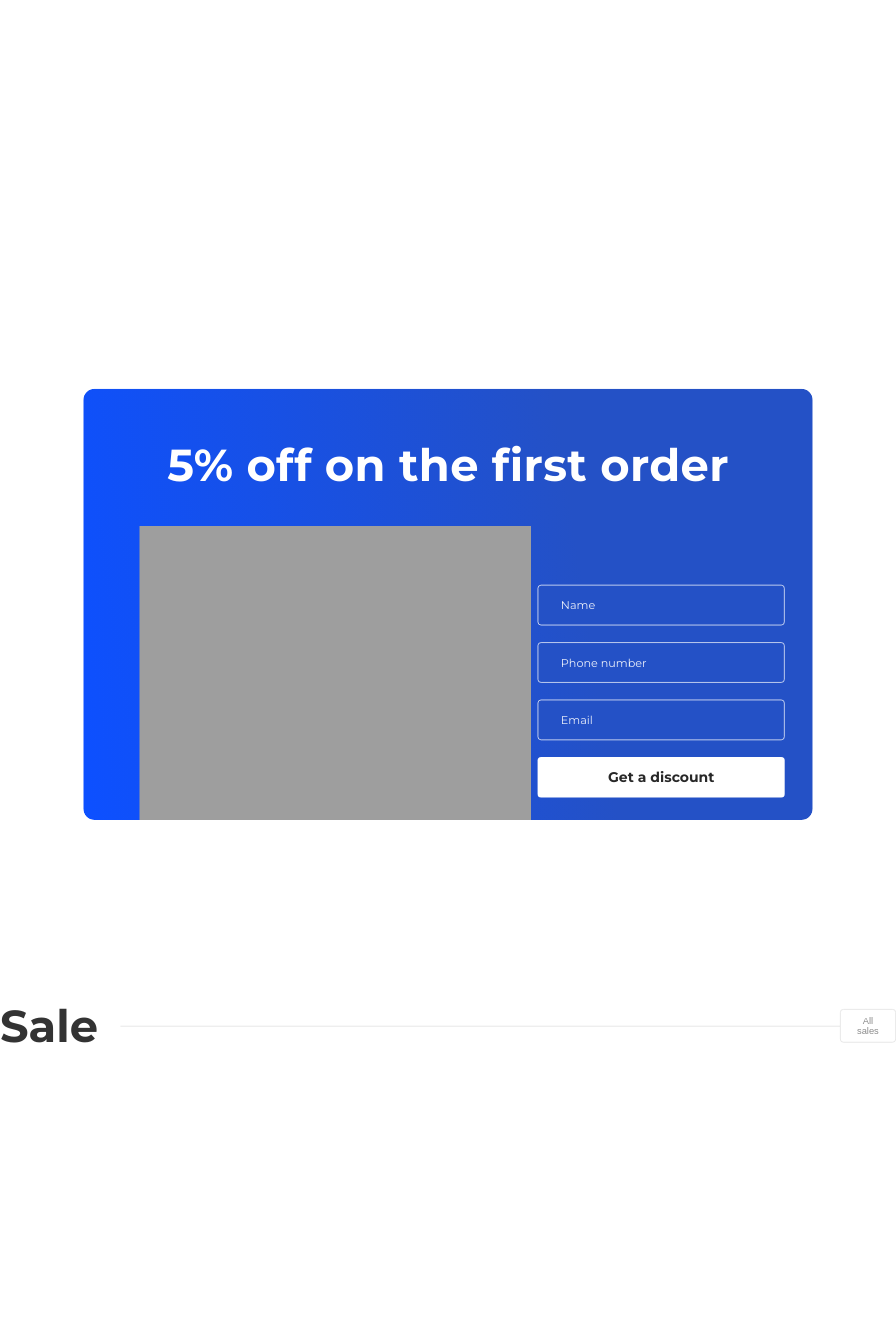
Repository: jursylian/PET-INTERNET-SHOP-PROJECT
Page: /
The author's editor kept a copy of each file at every save. The page is drawn from the files as they stood at one save, then again after the next save.
The browser window is 1280 px wide. The pictures show the part of the page from y = 979 to 2899 px (the page is 3940 px tall), at 70% of full size.
Pictures or frames that could not be fetched are drawn as grey boxes. The page's requests for data from a server got no answer. The project was rebuilt for these pictures with package versions that can differ from the ones it lists, and the page was loaded fresh each time. No one was signed in, and anything a server would have sent is missing. Also part of the build but not shown: vite.config.js, src/pages/CategoriesAll/CategoriesAll.module.css, src/layouts/PageSection/PageSection.module.css, src/layouts/PageSection/PageSection.jsx, src/pages/CategoriesAll/CategoriesAll.jsx, src/redux/productsSelectors.js, src/components/ProductFilter/ProductFilter.module.css, src/components/ProductFilter/ProductFilter.jsx and 22 more.

Above is the page before, as saved 2025-11-06 18:28:17.

### index.html
<!DOCTYPE html>
<html lang="en">
  <head>
    <meta charset="UTF-8" />
    <link rel="icon" type="image/svg+xml" href="/vite.svg" />
    <link
      href="https://fonts.googleapis.com/css2?family=Montserrat:wght@400;500;700&display=swap"
      rel="stylesheet"
    />

    <meta name="viewport" content="width=device-width, initial-scale=1.0" />
    <title>pet-internet-shop-project</title>
  </head>
  <body>
    <div id="root"></div>
    <script type="module" src="/src/main.jsx"></script>
  </body>
</html>

### src/main.jsx
import React from "react";
import ReactDOM from "react-dom/client";
import App from "./App";
import { Provider } from "react-redux";
import store from "./redux/store";
import { BrowserRouter } from "react-router-dom";
import "./index.css";

ReactDOM.createRoot(document.getElementById("root")).render(
  <BrowserRouter>
    <Provider store={store}>
      <App />
    </Provider>
  </BrowserRouter>
);

### src/App.jsx
import "./App.css";
import AppRouter from "./router/AppRouter";

function App() {
  return (
    <>
      <AppRouter />
    </>
  );
}

export default App;

### src/index.css
* {
  margin: 0;
  padding: 0;
  box-sizing: border-box;
}

body {
  font-family: "Montserrat";
  font-size: 16px;
  line-height: 1.5;
  color: #333;
}

.text-decoration-none {
  text-decoration: none;
}

### src/router/AppRouter.jsx
import { Routes, Route } from "react-router-dom";
import MainLayout from "../layouts/MainLayout/MainLayout";

import Home from "../pages/Home/Home";
import CategoriesAll from "../pages/CategoriesAll/CategoriesAll";
import AllProducts from "../pages/AllProducts/AllProducts";
import ProductDescription from "../pages/ProductDescription/ProductDescription";
import Cart from "../pages/Cart/Cart";
import NotFound from "../pages/NotFound/NotFound";
import AllSales from "../pages/AllSales/AllSales";
import CategoryPage from "../pages/CategoryPage/CategoryPage";

function AppRouter() {
  return (
    <Routes>
      <Route element={<MainLayout />}>
        <Route path="/" element={<Home />} />
        <Route path="/categories" element={<CategoriesAll />} />
        <Route path="/categories/:categoryId" element={<CategoryPage />} />
        <Route path="/discounts" element={<AllSales />} />
        <Route path="/products" element={<AllProducts />} />
        <Route path="/product/:productId" element={<ProductDescription />} />
        <Route path="/cart" element={<Cart />} />
        <Route path="*" element={<NotFound />} />
      </Route>
    </Routes>
  );
}

export default AppRouter;

### src/layouts/MainLayout/MainLayout.jsx
import { Outlet } from "react-router-dom";
import Header from "../Header/Header";
import Footer from "../Footer/Footer";

export default function MainLayout() {
  return (
    <>
      <Header />
      <main className="container mx-auto p-4 min-h-[80vh]">
        <Outlet />
      </main>
      <Footer />
    </>
  );
}

### src/pages/Home/Home.jsx
import Categories from "../../components/Categories/Categories";
import PromoBanner from "../../components/PromoBanner/PromoBanner";
import DiscountForm from "../../components/DiscountForm/DiscountForm";
import Sales from "../../components/Sales/Sales";
import styles from "./Home.module.css";

function Home() {
  return (
    <main className={styles.wrapper}>
      <PromoBanner />
      <Categories />
      <DiscountForm />
      <Sales />
    </main>
  );
}

export default Home;

### src/layouts/Header/Header.jsx
import { Link, NavLink, useLocation } from "react-router-dom";
import { useSelector } from "react-redux";
import styles from "./Header.module.css";
import logo from "../../assets/logo.svg";
import cartIcon from "../../assets/cart-icon.svg";

function Header() {
  const items = useSelector((state) => state.cart.items);
  const totalQuantity = items.reduce((sum, item) => sum + item.quantity, 0);
  const location = useLocation();

  const currentPath = location.pathname;

  return (
    <header
      className={`${styles.header} ${
        currentPath !== "/" ? styles.withDivider : ""
      }`}
    >
      <div className={styles.left}>
        <Link to="/" className={styles.logo}>
          <img src={logo} alt="Логотип" />
        </Link>
      </div>

      <nav className={styles.nav}>
        {currentPath === "/" ? (
          <span className={styles.inactive}>Main Page</span>
        ) : (
          <NavLink to="/" end>
            Main Page
          </NavLink>
        )}

        {currentPath === "/categories" ? (
          <span className={styles.inactive}>Categories</span>
        ) : (
          <NavLink to="/categories">Categories</NavLink>
        )}

        {currentPath === "/products" ? (
          <span className={styles.inactive}>All Products</span>
        ) : (
          <NavLink to="/products">All Products</NavLink>
        )}

        {currentPath === "/discounts" ? (
          <span className={styles.inactive}>All Sales</span>
        ) : (
          <NavLink to="/discounts">All Sales</NavLink>
        )}
      </nav>

      <div className={styles.right}>
        <Link to="/cart" className={styles.cart}>
          <img src={cartIcon} alt="Корзина" />
          {totalQuantity > 0 && (
            <span className={styles.count}>{totalQuantity}</span>
          )}
        </Link>
      </div>
    </header>
  );
}

export default Header;

### src/layouts/Footer/Footer.jsx
import styles from "./Footer.module.css";
import chatIcon from "../../assets/ic-instagram.svg";
import phoneIcon from "../../assets/ic-whatsapp.svg";

export default function Footer() {
  return (
    <footer className={styles.footer}>
      <h3 className={styles.contact}>Contact</h3>
      <div className={styles.info}>
        <div className={styles.container}>
          <div className={styles.card}>
            <p className={styles.text}>Phone</p>
            <p className={styles.textInfo}>+49 30 915-88492</p>
          </div>
          <div className={styles.icons}>
            <p className={styles.text}>Socials</p>
            <div className={styles.socialsMedien}>
              <img src={chatIcon} alt="Chat" />
              <img src={phoneIcon} alt="Phone" />
            </div>
          </div>
        </div>

        <div className={styles.container}>
          <div className={styles.card}>
            <p className={styles.text}>Address</p>
            <p className={styles.textInfo}>
              Wallstraẞe 9-13, 10179 Berlin, Deutschland
            </p>
          </div>
          <div className={styles.icons}>
            <p className={styles.text}>Working Hours</p>
            <p className={styles.textInfo}>24 hours a day</p>
          </div>
        </div>
      </div>
      <div className={styles.map}>
        <iframe
          className={styles.iframe}
          src="https://www.google.com/maps/embed?pb=!1m18!1m12!1m3!1d3642.428115488763!2d13.40018838277564!3d52.5113162995337!2m3!1f0!2f0!3f0!3m2!1i1024!2i768!4f13.1!3m3!1m2!1s0x47a84e27db4748a5%3A0x1d538c01013c2c7!2sWallstra%C3%9Fe%209-13%2C%2010179%20Berlin!5e0!3m2!1suk!2sde!4v1760550313224!5m2!1suk!2sde"
          width="600"
          height="450"
          style={{ border: 0 }}
          allowFullScreen=""
          loading="lazy"
          referrerPolicy="no-referrer-when-downgrade"
        ></iframe>
      </div>
    </footer>
  );
}

### src/components/Categories/Categories.jsx
import { useNavigate } from "react-router-dom";
import { useEffect, useState } from "react";
import axios from "axios";
import styles from "./Categories.module.css";

const Categories = () => {
  const navigate = useNavigate();
  const [categories, setCategories] = useState([]);

  useEffect(() => {
    const fetchCategories = async () => {
      try {
        const res = await axios.get("http://localhost:3333/categories/all");
        setCategories(res.data.slice(0, 4));
      } catch (err) {
        console.error("Ошибка загрузки категорий:", err);
      }
    };

    fetchCategories();
  }, []);

  return (
    <section className={styles.categories}>
      <div className={styles.header}>
        <h2 className={styles.title}>Categories</h2>
        <div className={styles.line}></div>
        <button
          onClick={() => navigate("/categories")}
          className={styles.showAllBtn}
        >
          All categories
        </button>
      </div>

      <div className={styles.cards}>
        {categories.map(({ id, title, image }) => (
          <div
            key={id}
            className={styles.card}
            onClick={() => navigate(`/categories/${id}`)}
          >
            <img
              src={`http://localhost:3333${image}`}
              alt={title}
              className={styles.image}
            />
            <p className={styles.label}>{title}</p>
          </div>
        ))}
      </div>
    </section>
  );
};

export default Categories;

### src/components/PromoBanner/PromoBanner.jsx
import { Link } from "react-router-dom";
import styles from "./PromoBanner.module.css";
import bannerImage from "../../assets/background.png";

function PromoBanner() {
  return (
    <section className={styles.hero}>
      <img src={bannerImage} alt="Баннер" className={styles.image} />

      <div className={styles.content}>
        <h1>
          Amazing Discounts <br />
          on Pets Products!
        </h1>

        <Link to="/discounts" className={styles.button}>
          Check out
        </Link>
      </div>
    </section>
  );
}

export default PromoBanner;

### src/pages/Home/Home.module.css
/* Home.module.css */
.wrapper {
  display: flex;
  flex-direction: column;
  gap: 80px;
  padding: 40px 0;
}

.section {
  display: flex;
  flex-direction: column;
  gap: 24px;
}

.title {
  font-size: 28px;
  font-weight: 600;
}

.grid {
  display: grid;
  grid-template-columns: repeat(auto-fill, minmax(220px, 1fr));
  gap: 24px;
}

.message {
  font-size: 16px;
  color: #555;
}

### src/layouts/Header/Header.module.css
.header {
  display: flex;
  align-items: center;
  justify-content: space-between;
  padding: 40px 80px;
  height: 128px;
  width: 100%;
  position: relative;
  background-color: #fff;
  z-index: 10;
}

.withDivider {
  border-bottom: 1px solid #e5e5e5;
}

.left,
.right {
  flex: 1;
  display: flex;
  align-items: center;
}

.left {
  justify-content: flex-start;
}

.right {
  justify-content: flex-end;
}

.logo img {
  height: 70px;
  display: block;
  transition: transform 0.3s ease;
}

.logo img:hover {
  transform: scale(1.2);
}

.nav {
  flex: 2;
  display: flex;
  justify-content: center;
  align-items: center;
  gap: 44px;
}

.nav a {
  text-decoration: none;
  color: #282828;
  font-weight: 500;
  font-size: 20px;
  transition: color 0.2s ease;
}

.nav a:hover {
  color: #007bff;
}

.active {
  color: #007bff;
  font-weight: 600;
}

.inactive {
  color: #8b8b8b;
  font-weight: 500;
  font-size: 20px;
  cursor: default;
  text-decoration: none;
  pointer-events: none;
}

.inactive:hover {
  color: #8b8b8b;
}

.cart {
  position: relative;
  display: flex;
  align-items: center;
}

.cart img {
  height: 44px;
}

.count {
  position: absolute;
  top: 0;
  left: -6px;
  background-color: #007bff;
  color: white;
  border-radius: 50%;
  font-size: 12px;
  font-weight: bold;
  width: 22px;
  height: 22px;
  display: flex;
  align-items: center;
  justify-content: center;
}

### src/layouts/Footer/Footer.module.css
.footer {
  width: 100%;
  max-width: 1360px;
  margin: 0 auto;
  padding-bottom: 10px;
}

.contact {
  font-size: 64px;
  margin-bottom: 40px;
}
.card {
  height: auto;
  background-color: #f1f3f4;
  display: flex;
}

.card p,
.icons p {
  margin: 0.5rem 0;
}
.icons {
  width: 100%;
  max-width: 100%;

  height: auto;
  background-color: #f1f3f4;
}
.card,
.icons {
  background-color: #f1f3f4;
  padding: 1rem;
  border-radius: 8px;
  box-shadow: 0 2px 6px rgba(0, 0, 0, 0.05);
  display: flex;
  flex-direction: column;
  justify-content: center;
  gap: 0.5rem;
  transition: transform 0.3s ease, box-shadow 0.3s ease;

  flex: 1;
  min-height: 150px;
  height: 100%;
}
.card:hover,
.icons:hover {
  transform: translateY(-8px) scale(1.02);
  box-shadow: 0 8px 20px rgba(0, 0, 0, 0.1);
}

.container {
  display: grid;
  grid-template-columns: 2fr 1fr;
  gap: 32px;
  margin-bottom: 32px;
}
.icons img {
  width: 32px;
  height: 32px;
  object-fit: contain;
  transition: transform 0.3s ease;
  margin-right: 8px;
}
.text {
  font-family: Montserrat;
  font-weight: 500;
  font-style: Medium;
  font-size: 20px;
  color: #8b8b8b;
}
.textInfo {
  font-family: Montserrat;
  font-weight: 600;
  font-style: SemiBold;
  font-size: 40px;

  letter-spacing: 0%;
}
.socialsMedien {
  display: flex;
  flex-direction: row;
  gap: 16px;
}
.iframe {
  width: 100%;
  max-width: 100%;
  height: 350px;
  border-radius: 8px;
  display: block;
}
@media (max-width: 1024px) {
  .container {
    display: flex;
    flex-direction: column;
    gap: 32px;
  }
  .contact {
    font-size: 44px;
    text-align: center;
  }
  .card,
  .icons {
    width: 100%;
    min-height: 300px;
    height: auto;
  }

  .footer {
    margin-left: 1rem;
    margin-right: 1rem;
  }
  .iframe {
    height: 300px;
  }
}

@media (max-width: 600px) {
  .container {
    display: flex;
    flex-direction: column;
    gap: 32px;
  }
  .contact {
    font-size: 34px;
    margin-bottom: 10px;
    text-align: center;
  }

  .textInfo {
    font-size: 24px;
    text-align: calc();
  }

  .text {
    font-size: 16px;
    text-align: center;
  }
  .socialsMadien {
    justify-content: center;
    flex-wrap: wrap;
  }
  .icons img {
    width: 28px;
    height: 28px;
  }
  .iframe {
    height: 250px;
  }
  .card,
  .icons {
    flex-direction: column;
    align-items: center;
    width: 100%;
  }
}

### src/components/Categories/Categories.module.css
.categories {
  height: auto;
  min-height: 560px;
  border-radius: 10px;
  width: 100%;
  max-width: 1360px;
  margin: 0 auto;
  padding-bottom: 10px;
  margin-top: 106px;
}

.header {
  display: flex;
  align-items: center;
  margin-bottom: 40px;
  gap: 0; /* чтобы элементы были вплотную */
}

.title {
  font-family: Montserrat;
  font-weight: 700;
  font-size: 64px;
  margin-right: 32px;
  white-space: nowrap;
}

.line {
  flex: 1;
  height: 1px;
  background-color: #dddddd;
  margin-right: -1px; /* чтобы линия прямо “врезалась” в кнопку */
}

.showAllBtn {
  border: 1px solid #dddddd;
  border-radius: 5px;
  background-color: white;
  padding: 8px 16px;
  color: #8b8b8b;
  cursor: pointer;
  transition: all 0.3s ease;
  margin-left: 0; /* убираем отступ между линией и кнопкой */
}

.showAllBtn:hover {
  background-color: #7e7b7b;
  color: white;
  transform: translateY(-2px);
  box-shadow: 0 4px 8px rgba(0, 0, 0, 0.1);
}

.showAllBtn:active {
  background-color: #0d50ff;
  transform: scale(0.98);
  box-shadow: inset 0 2px 4px rgba(0, 0, 0, 0.2);
}

.cards {
  display: flex;
  flex-wrap: wrap;
  gap: 32px;
  justify-content: center;
}

.card {
  position: relative;
  text-align: center;
  cursor: pointer;
}

.image {
  width: 316px;
  height: 350px;
  object-fit: cover;
  border-radius: 12px;
  transition: transform 0.3s ease, box-shadow 0.3s ease;
}

.image:hover {
  transform: translateY(-6px) scale(1.1);
  box-shadow: 0 8px 16px rgba(0, 0, 0, 0.1);
}

.label {
  font-weight: 500;
  font-size: 20px;
  color: #282828;
  margin-top: 16px;
  line-height: 130%;
}

@media (max-width: 768px) {
  .header {
    flex-direction: column;
    align-items: center;
    gap: 16px;
  }

  .title {
    font-size: 36px;
    margin-right: 0;
  }

  .line {
    width: 100%;
    margin-right: 0;
  }

  .showAllBtn {
    font-size: 14px;
    padding: 6px 10px;
  }

  .cards {
    flex-direction: column;
    align-items: center;
    gap: 20px;
  }
}

### src/components/PromoBanner/PromoBanner.module.css
.hero {
  position: relative;
  width: 100%;
  height: 520px;
  overflow: hidden;
  margin-top: -40px;
}

.image {
  position: absolute;
  top: 0;
  left: 0;
  width: 100%;
  height: 100%;
  object-fit: cover;
  z-index: 1;
}

.content {
  position: relative;
  z-index: 2;
  color: #fff;
  text-align: left;
  padding-left: 80px;
  transform: translateY(50px);
}

.content h1 {
  font-size: 96px;
  font-weight: 700;
  margin-bottom: 40px;
  line-height: 1.1;
}

.button {
  display: inline-block;
  background: #0d50ff;
  color: #fff;
  font-weight: 600;
  font-size: 20px;
  border: none;
  border-radius: 8px;
  cursor: pointer;
  transition: background-color 0.2s ease, transform 0.2s ease;
  padding: 16px 36px;
  text-decoration: none;
  box-sizing: border-box;
}

.button:hover {
  background-color: #0036cc;
  transform: translateY(-3px);
  box-shadow: 0px 12px 20px rgba(13, 80, 255, 0.4);
}

### src/ui/Input/Input.jsx
import styles from "./Input.module.css";

const Input = ({
  type = "text",
  name,
  placeholder,
  value,
  onChange,
  error,
}) => {
  return (
    <div className={styles.field}>
      <input
        type={type}
        name={name}
        placeholder={placeholder}
        value={value}
        onChange={onChange}
        className={`${styles.input} ${error ? styles.errorBorder : ""}`}
      />
      {error && <p className={styles.error}>{error}</p>}
    </div>
  );
};

export default Input;

### src/ui/Button/Button.jsx
import { useState } from "react";
import styles from "./Button.module.css";

const Button = ({ children, onClick, type = "button", disabled = false }) => {
  const [submitted, setSubmitted] = useState(false);

  const handleClick = async (e) => {
    if (onClick) {
      const result = await onClick(e);

      if (result === true) {
        setSubmitted(true);
        setTimeout(() => setSubmitted(false), 3000);
      }
    }
  };

  return (
    <button
      type={type}
      onClick={handleClick}
      className={`${styles.button} ${submitted ? styles.submitted : ""}`}
      disabled={disabled || submitted}
    >
      {submitted ? "Request submitted" : children}
    </button>
  );
};

export default Button;

### src/components/DiscountForm/DiscountForm.module.css
.wrapper {
  max-width: 1395px;
  margin: 60px auto;
  border-radius: 16px;
  overflow: hidden;
}

.discountSection {
  position: relative;
  background: linear-gradient(261.47deg, #2451c6 32.63%, #0d50ff 98.96%);
  border-radius: 16px;
  padding: 60px 80px 0;
  display: flex;
  flex-direction: column;
  justify-content: space-between;
  min-height: 485px;
  overflow: hidden;
}

.title {
  color: #ffffff;
  font-weight: 800;
  font-size: 64px;
  text-align: center;
  margin-bottom: 40px;
  letter-spacing: 0.5px;
}

.content {
  display: flex;
  justify-content: space-between;
  align-items: flex-end;
  position: relative;
  gap: 40px;
}

.imageWrap {
  flex: 0 0 60%;
  display: flex;
  align-items: flex-end;
  justify-content: flex-start;
}

.animals {
  width: 110%;
  max-width: none;
  height: 420px;
  object-fit: contain;
  margin-bottom: 0;
}

.form {
  flex: 0 0 40%;
  display: flex;
  flex-direction: column;
  gap: 24px;
  align-items: stretch;
  justify-content: flex-end;
  padding-bottom: 32px;
}

@media (max-width: 1024px) {
  .discountSection {
    padding: 40px 24px;
  }

  .title {
    font-size: 42px;
    margin-bottom: 24px;
  }

  .content {
    flex-direction: column;
    align-items: center;
    gap: 32px;
  }

  .form {
    width: 100%;
    max-width: 380px;
    padding-bottom: 20px;
  }

  .imageWrap {
    justify-content: center;
  }

  .animals {
    width: 90%;
    transform: translateY(10px);
  }
}

@media (max-width: 600px) {
  .title {
    font-size: 32px;
  }

  .form {
    gap: 16px;
  }
}

### src/ui/Input/Input.module.css
.field {
  width: 100%;
  display: flex;
  flex-direction: column;
}

.input {
  padding: 16px 32px;
  width: 100%;
  height: 58px;
  border-radius: 5px;
  border: 1px solid #ffffff;
  background-color: #2451c6;
  color: #ffffff;
  font-size: 18px;
  font-family: Montserrat;
}

.input::placeholder {
  color: white;
  opacity: 0.9;
  font-size: 16px;
}

.error {
  font-size: 14px;
  color: #ffcccc;
  margin-top: 4px;
}

.errorBorder {
  border-color: #ff5555;
}

### src/ui/Button/Button.module.css
.button {
  padding: 16px 32px;
  width: 100%;
  height: 58px;
  font-family: Montserrat, sans-serif;
  font-weight: 600;
  font-size: 20px;
  border: none;
  border-radius: 5px;
  cursor: pointer;
  background-color: #fff;
  color: #282828;
  transition: all 0.3s ease;
}

/* при наведении */
.button:hover {
  background-color: #282828;
  color: #fff;
}

/* активное состояние (после отправки) */
.button.submitted {
  background-color: #fff;
  color: #0d50ff;
  border: 2px solid #0d50ff;
  cursor: default;
  transition: all 0.3s ease;
}

/* убираем hover для состояния submitted */
.button.submitted:hover {
  background-color: #fff;
  color: #0d50ff;
}

Loaded but not shown: src/redux/productSlice.js (51 lines, source omitted); src/redux/cartSlice.js (38 lines, source omitted); src/redux/store.js (12 lines, source omitted); src/components/DiscountForm/DiscountForm.jsx (91 lines, source omitted); src/components/Sales/Sales.jsx (89 lines, source omitted); src/components/Sales/Sales.module.css (156 lines, source omitted); src/App.css (no stored copy; drawn as an empty file)

After the next save:
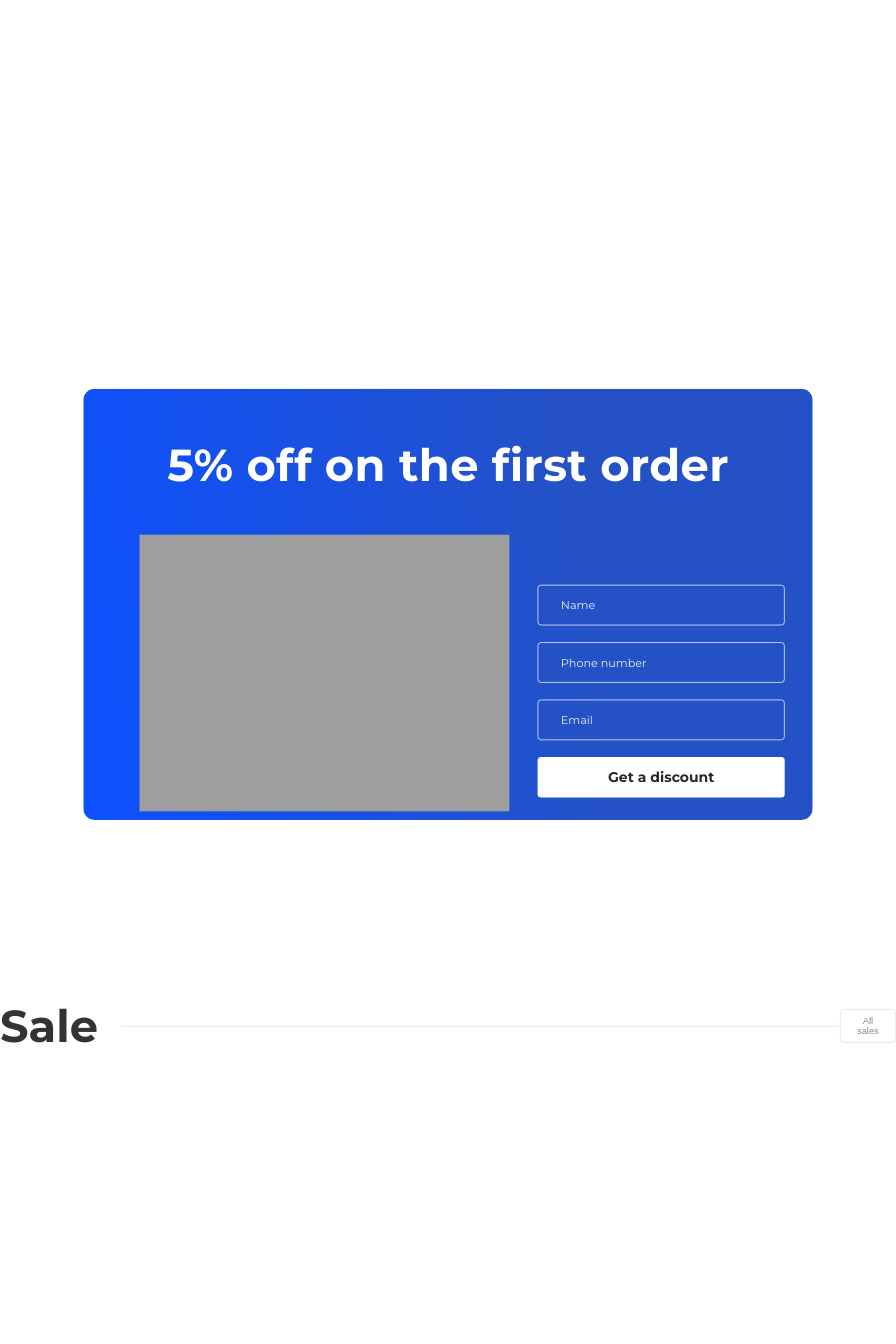
Saved 56 s later.
--- a/src/components/DiscountForm/DiscountForm.module.css
+++ b/src/components/DiscountForm/DiscountForm.module.css
@@ -42,7 +42,7 @@
 }
 
 .animals {
-  width: 110%;
+  width: 100%;
   max-width: none;
   height: 420px;
   object-fit: contain;
